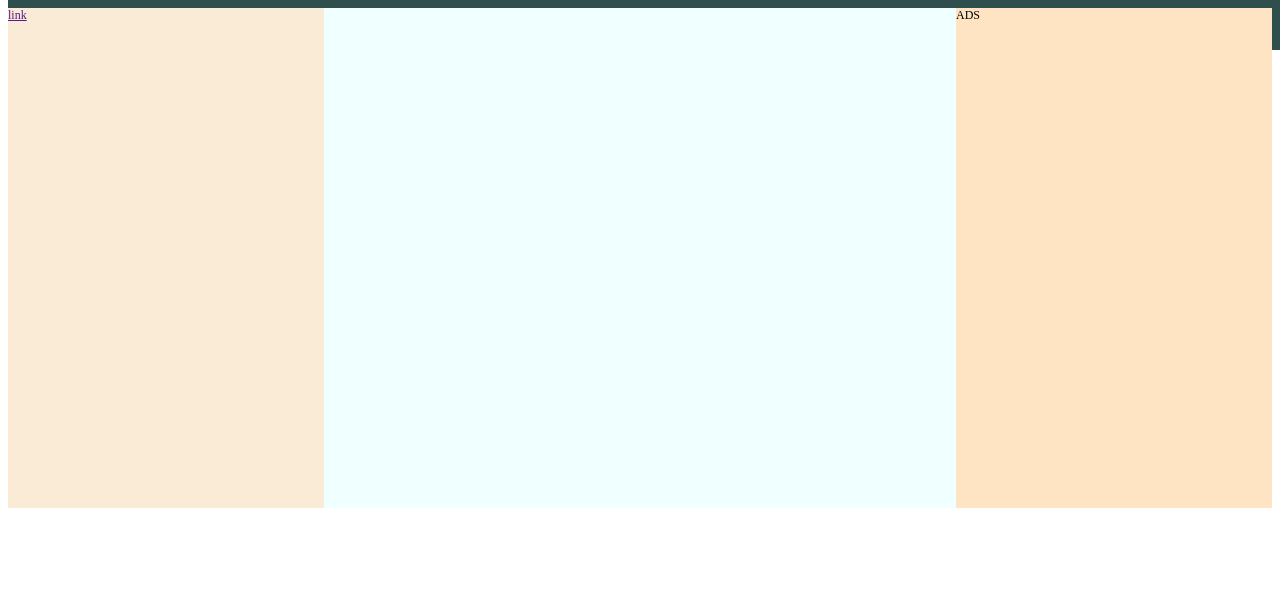
Repository: congle98/CSS_LayoutRWDCoBan
Page: index.html
These files come from the project's save history. The page is drawn as it stood at one moment and after the next save; the edit follows.
The browser window is 1280 px wide. The pictures show the whole page.

Above is the page before, as saved 2021-05-26 16:16:57.

### index.html
<!DOCTYPE html>
<html lang="en">
<head>
    <meta charset="UTF-8">
    <meta http-equiv="X-UA-Compatible" content="IE=edge">
    <meta name="viewport" content="width=device-width, initial-scale=1.0">
    <title>Document</title>
    <style>
        .col-1 {width: 8.33%;}
        .col-2 {width: 16.66%;}
        .col-3 {width: 25%;}
        .col-4 {width: 33.33%;}
        .col-5 {width: 41.66%;}
        .col-6 {width: 50%;}
        .col-7 {width: 58.33%;}
        .col-8 {width: 66.66%;}
        .col-9 {width: 75%;}
        .col-10 {width: 83.33%;}
        .col-11 {width: 91.66%;}
        .col-12 {width: 100%;}
        body{
            font-family:'Times New Roman', Times, serif;
            font-size: 12px;
        }
        .header{
            position: fixed;
            top: 0;
            background-color: darkslategray;
            height: 50px;
        }
        .header__nav-item{
            position:relative;
            float: left;
            margin-right: 80px;
           list-style-type: none;
        }
        .header__nav-item a{
            color: aliceblue;
            text-decoration: none;
        }
        .header__nav-login{
            color: aliceblue;
            position:relative;
            right: 50px;
        }
        .left{
            height: 500px;
            background-color: antiquewhite;
            position: relative;
            float: left;
        }
        .main{
            height: 500px;
            background-color: azure;
            position: relative;
            float: left;
        }
        .right{
            height: 500px;
            background-color: bisque;
            position: relative;
            float: left;
        }
    </style>
</head>
<body>
    <div class="app col-12">
        <header class="header col-12">
            <div class="header__nav-list col-8">
                 <ul>
                <li class="header__nav-item"><a href="">Logo</a></li>
                <li class="header__nav-item"><a href="">Home</a></li>
                <li class="header__nav-item"><a href="">About</a></li>
                <li class="header__nav-item"><a href="">Projects</a></li>
                <li class="header__nav-item"><a href="">Contact</a></li>
            </ul>
            </div>
            <div>
                <a class="header__nav-login col-4" href="">Login</a>
            </div>
        </header>
        <div class="left col-3">
            <a href="">link</a>
        </div>
        <div class="main col-6"></div>
        <div class="right col-3">ADS</div>
    </div>
</body>
</html>

After the next save:
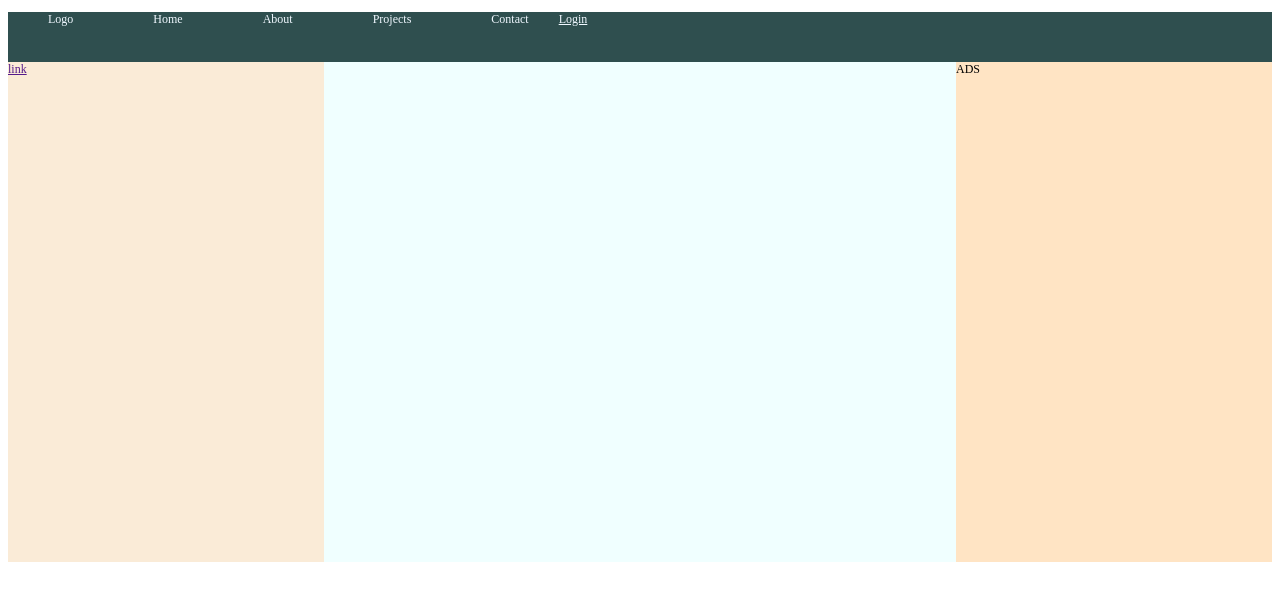
Saved 48 s later.
--- a/index.html
+++ b/index.html
@@ -23,7 +23,6 @@
             font-size: 12px;
         }
         .header{
-            position: fixed;
             top: 0;
             background-color: darkslategray;
             height: 50px;
